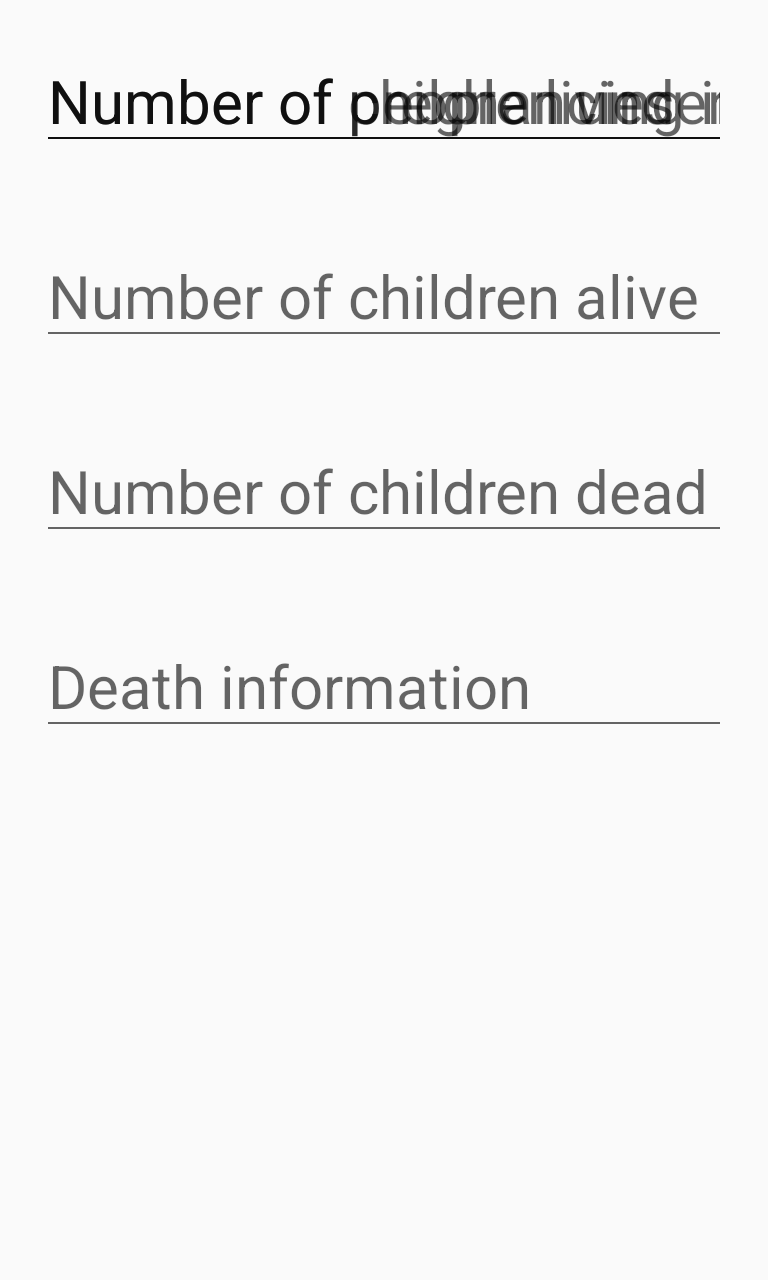
Repository: achavez812/GuatemalaProject2
Layout: GuateMedic-master/GuateMedic/res/layout/fragment_add_new_family_visit2.xml
An editor plug-in stored every save of this project. The layout is shown before and after the next save, followed by the edit.
It is drawn on a 768 x 1280 px phone screen (xhdpi) without system bars, with theme AppTheme; the app's code is not run.

Above is the layout before, as saved 2014-07-02 05:33:50.

### GuateMedic-master/GuateMedic/res/layout/fragment_add_new_family_visit2.xml
<?xml version="1.0" encoding="utf-8"?>
<RelativeLayout xmlns:android="http://schemas.android.com/apk/res/android"
    android:layout_width="match_parent"
    android:layout_height="match_parent">

   	<EditText
        android:id="@+id/family_visit2_num_pregnancies"
        android:textSize="30sp"
        android:layout_width="match_parent"
        android:layout_height="wrap_content"
       	android:layout_margin="20dp"
       	android:layout_marginTop="100dp"
       	android:inputType="number"
        android:hint="Number of pregnancies" />

   	<EditText
        android:id="@+id/family_visit2_num_children_alive"
        android:textSize="30sp"
        android:layout_width="match_parent"
        android:layout_height="wrap_content"
        android:layout_margin="20dp"
        android:inputType="number"
        android:layout_below="@+id/family_visit2_num_pregnancies"
        android:hint="Number of children alive" />
   	<EditText
        android:id="@+id/family_visit2_num_children_dead"
        android:textSize="30sp"
        android:layout_width="match_parent"
        android:layout_height="wrap_content"
       	android:layout_margin="20dp"
       	android:inputType="number"
       	android:layout_below="@+id/family_visit2_num_children_alive"
        android:hint="Number of children dead" />
   	<EditText
        android:id="@+id/family_visit2_death_information"
        android:textSize="30sp"
        android:layout_width="match_parent"
        android:layout_height="wrap_content"
        android:layout_margin="20dp"
        android:layout_below="@+id/family_visit2_num_children_dead"
        android:hint="Death information" />

   	<EditText
        android:id="@+id/family_visit2_num_children_under_5"
        android:textSize="30sp"
        android:layout_width="match_parent"
        android:layout_height="wrap_content"
        android:layout_margin="20dp"
      	android:inputType="number"
        android:hint="Number of children under 5" />
   	<EditText
        android:id="@+id/family_visit2_num_people_in_household"
        android:textSize="30sp"
        android:layout_width="match_parent"
        android:layout_height="wrap_content"
        android:layout_margin="20dp"
        android:inputType="number"
        android:hint="Number of people living in household" />

</RelativeLayout>

### GuateMedic-master/GuateMedic/res/values/styles.xml
<resources xmlns:android="http://schemas.android.com/apk/res/android">

    <!--
        Base application theme, dependent on API level. This theme is replaced
        by AppBaseTheme from res/values-vXX/styles.xml on newer devices.
    -->

    <!-- Application theme. -->
    <style name="AppTheme" parent="@style/Theme.AppCompat.Light.DarkActionBar">
        <!-- All customizations that are NOT specific to a particular API-level can go here. -->
    	<item name="android:typeface">sans</item>
        <item name="actionBarStyle">@style/MyActionBar</item>
    	<item name="android:actionBarStyle">@style/MyActionBar</item>
    	<item name="android:actionOverflowButtonStyle">@style/OverFlow</item>
    	<item name="android:popupMenuStyle">@style/MyPopupMenu</item>
    	<item name="popupMenuStyle">@style/MyPopupMenu</item>
        <item name="android:panelBackground">#004d6b</item>
         <item name="android:itemTextAppearance">@style/myCustomMenuTextApearance</item>

    </style>
       <style name="myCustomMenuTextApearance" parent="@android:style/TextAppearance.Widget.IconMenu.Item">
        <item name="android:textColor">#FFFFFF</item>
        <item name="android:textSize">20sp</item>

    </style>
    <style name="MyActionBar" parent="@style/Widget.AppCompat.Light.ActionBar.Solid.Inverse">
        <item name="android:background">#004d6b</item>
        <item name="android:titleTextStyle">@style/TitleText</item>



    </style>

    <style name ="MyPopupMenu" parent="android:Theme.Holo.Light">
        <item name="android:popupBackground">#004d6b</item>
    </style>

    <style name="OverFlow" parent="@android:style/Widget.Holo.ActionButton.Overflow">
    	<item name="android:src">@drawable/ic_action_overflow</item>
	</style>
    <style name="TitleText">
        <item name="android:textColor">#FFFFFF</item>
        <item name="android:typeface">sans</item>
        <item name="android:textSize">30sp</item>

    </style>
	<!--
	<style name="HomePage" parent="AppTheme">
	<item name="android:background"> @drawable/guatemala_home_bg </item>
	</style>
	    -->





</resources>

After the next save:
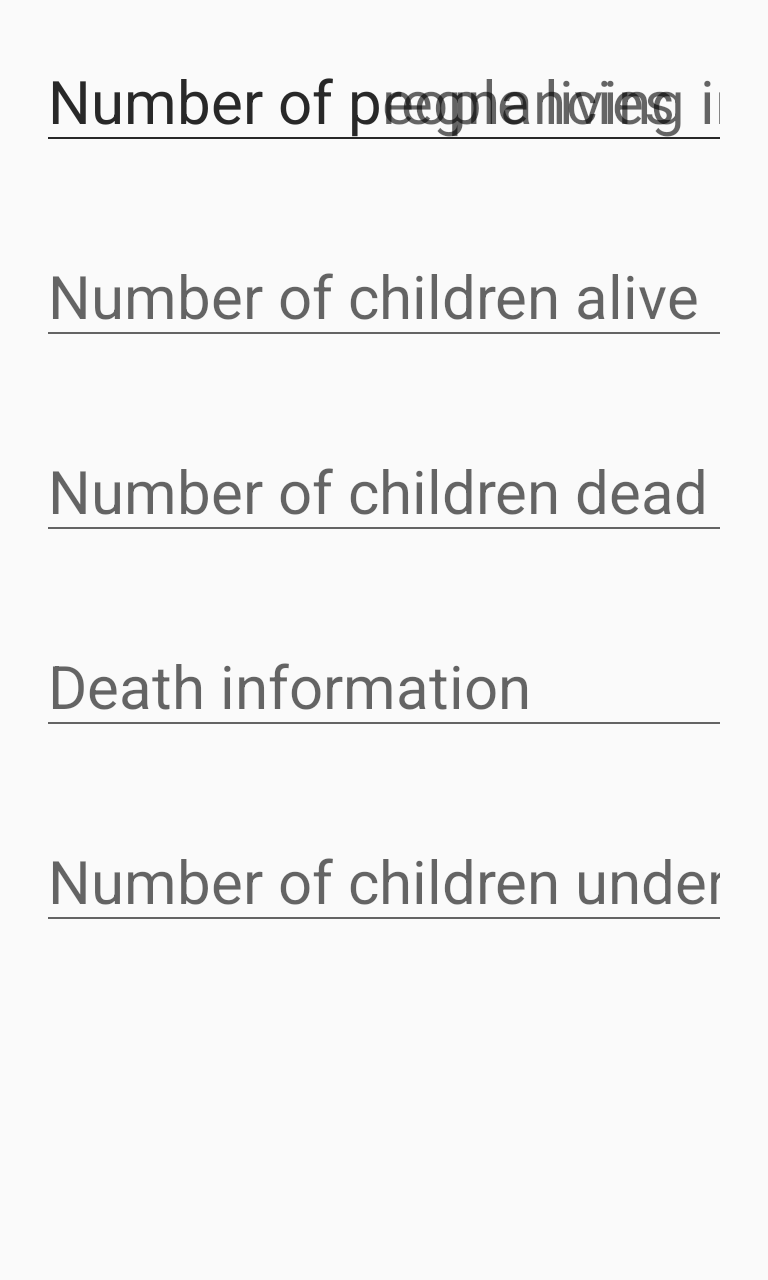
Saved 18 s later.
--- a/GuateMedic-master/GuateMedic/res/layout/fragment_add_new_family_visit2.xml
+++ b/GuateMedic-master/GuateMedic/res/layout/fragment_add_new_family_visit2.xml
@@ -47,6 +47,7 @@
         android:layout_height="wrap_content"
         android:layout_margin="20dp"
       	android:inputType="number"
+      	android:layout_below="@+id/family_visit2_death_information"
         android:hint="Number of children under 5" />
    	<EditText
         android:id="@+id/family_visit2_num_people_in_household"
